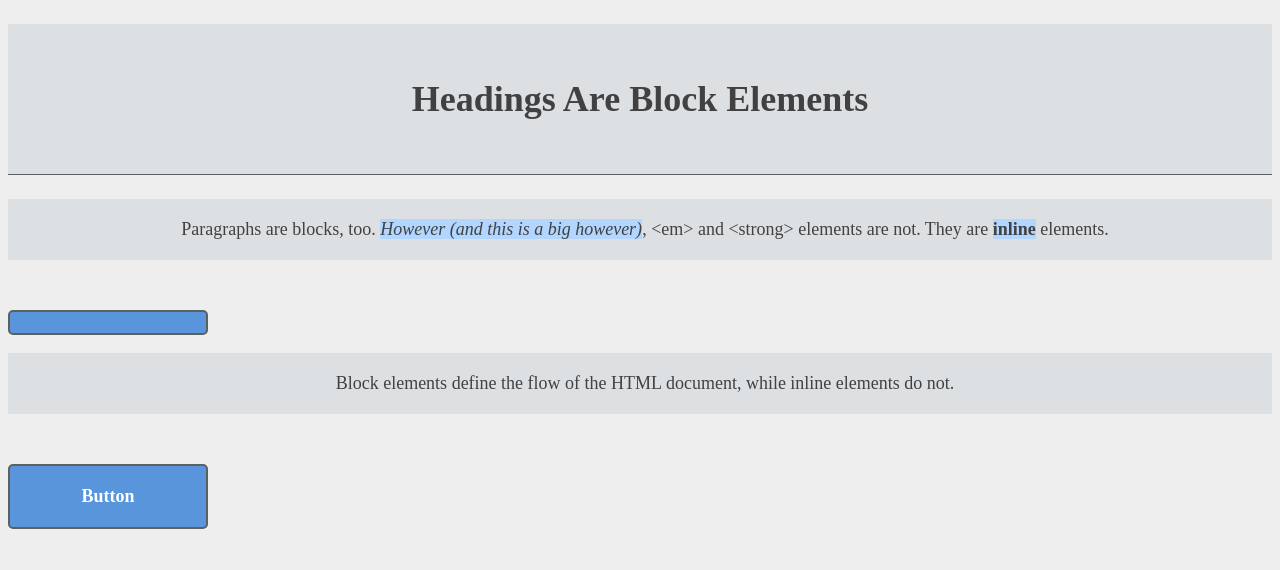
Repository: devinsheldon/CS-260
Page: CS260-F2022/environment/public_html/css-box-model/boxes.html
The author's editor kept a record of every edit. The page is drawn from the files as they stood at one moment, then again after the next edit.
The browser window is 1280 px wide. The pictures show the whole page.

Above is the page before.

### CS260-F2022/environment/public_html/css-box-model/boxes.html
<!DOCTYPE html>
<html lang='en'>
  <head>
    <meta charset='UTF-8'/>
    <title>Boxes Are Easy!</title>
    <link rel='stylesheet' href='box-styles.css'/>
  </head>
  <body>
    <h1>Headings Are Block Elements</h1>

    <p>Paragraphs are blocks, too. <em>However (and this is a big however)</em>, &lt;em&gt; and &lt;strong&gt;
       elements are not. They are <strong>inline</strong> elements.</p>

    <div style='padding-top: 1px'></div>  <!-- Now only consecutive elements can collapse into each other. -->

    <p>Block elements define the flow of the HTML document, while inline elements
       do not.</p>

    <div>Button</div>

  </body>
</html>

### CS260-F2022/environment/public_html/css-box-model/box-styles.css
body {
  color: #414141;               /* Dark gray */
  background-color: #EEEEEE;    /* Light gray */
  font-size: 18px;
  text-align: center;
}

h1, p {
  background-color: #DDE0E3;    /* Light gray */
}

h1 {
    padding: 1.5em;
    /*border: 1px solid #5D6063;*/
    border-bottom: 1px solid #5D6063;
}

p {
  padding-top: 20px;
  padding-bottom: 20px;
  padding-left: 10px;
  padding-right: 0px;
  /* Also written as:
  padding: 20px 0 20px 10px;  /* Top  Right  Bottom  Left */
  /*OR you can do:
  padding: 20px 10px;  /* Vertical  Horizontal */
  margin-bottom: 50px;

}

em, strong {
  background-color: #B2D6FF;    /* Light blue */
  display: inline;
}

div {
  color: #FFF;
  background-color: #5995DA;
  font-weight: bold;
  padding: 20px;
  text-align: center;
  border: 2px solid #5D6063;
  border-radius: 5px;

  width: 200px;
  box-sizing: border-box;
}

After the next edit:
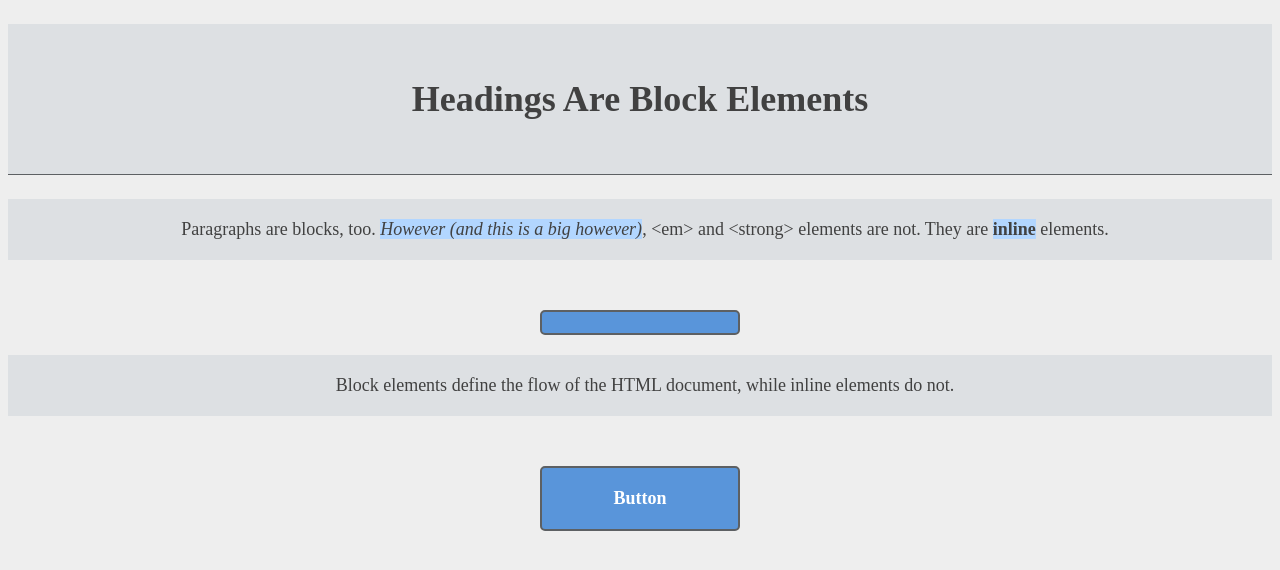
The edit:
--- a/CS260-F2022/environment/public_html/css-box-model/box-styles.css
+++ b/CS260-F2022/environment/public_html/css-box-model/box-styles.css
@@ -44,4 +44,5 @@
 
   width: 200px;
   box-sizing: border-box;
+  margin: 20px auto; /* Vertical  Horizontal */
 }
